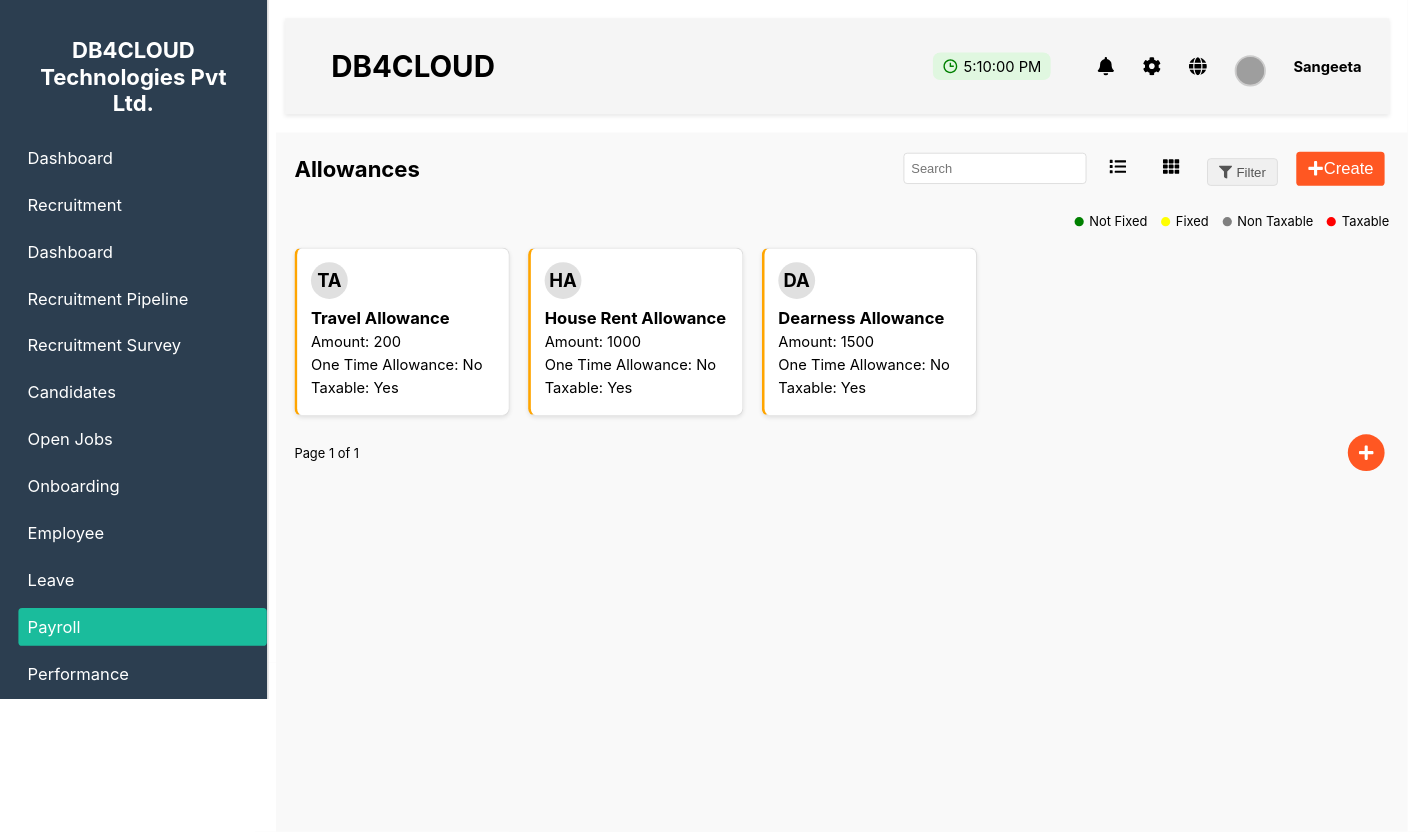
Repository: tinu-ns/Dev-code
Page: /payroll/deductions (app in HRMS-DEMO-Sang/hrms/)
An editor plug-in stored every save of this project. The page is shown before and after the next save, followed by the edit.
The browser window is 1280 px wide. The page is 1550 px wide, so the pictures cover 1550 px, including what lies to the right of the window. The pictures show the whole page, at 92% of full size.
Pictures or frames that could not be fetched are drawn as grey boxes. The project was rebuilt for these pictures with package versions that can differ from the ones it lists, and the page was loaded fresh each time. Also part of the build but not shown: HRMS-DEMO-Sang/hrms/src/components/Dashboard.js, HRMS-DEMO-Sang/hrms/src/components/Recruitment/RecruitmentDashboard.js, HRMS-DEMO-Sang/hrms/src/components/Recruitment/RecruitmentPipeline.js, HRMS-DEMO-Sang/hrms/src/components/Payroll/Allowances.js, HRMS-DEMO-Sang/hrms/src/components/Payroll/Contract.js, HRMS-DEMO-Sang/hrms/src/components/Payroll/Payslips.js, HRMS-DEMO-Sang/hrms/src/components/Payroll/PayrollDashboard.js, HRMS-DEMO-Sang/hrms/src/components/MainContent.css and 4 more.

Above is the page before, as saved 2024-11-11 14:51:33.

### HRMS-DEMO-Sang/hrms/src/components/Payroll/Deductions.js
import React, { useState,useRef, useEffect } from "react";
import {useNavigate} from 'react-router-dom'
import "./Allowances.css";
import {
  FaSearch,
  FaList,
  FaTh,
  FaFilter,
  FaPlus,
  FaEdit,
  FaTrash
} from "react-icons/fa";

const allowancesData = [
  {
    id: 1,
    code: "TA",
    name: "Travel Allowance",
    amount: 200.0,
    oneTime: "No",
    taxable: "Yes",
    fixed: false,
  },
  {
    id: 2,
    code: "HA",
    name: "House Rent Allowance",
    amount: 1000.0,
    oneTime: "No",
    taxable: "Yes",
    fixed: true,
  },
  {
    id: 3,
    code: "DA",
    name: " Dearness Allowance",
    amount: 1500.0,
    oneTime: "No",
    taxable: "Yes",
    fixed: true,
  },
  // Add more allowance data here
];

const Deductions = () => {
  const [searchTerm, setSearchTerm] = useState("");
  const [view, setView] = useState("card"); // 'card' or 'list'
  const [filteredData, setFilteredData] = useState(allowancesData);
  const [isFilterVisible, setIsFilterVisible] = useState(false);
  const [filterOptions, setFilterOptions] = useState({
    taxable: "",
    condition: "",
    base: "",
  });
  const navigate = useNavigate()

  const handleCreateAllowance = () => {
    navigate('/allowances/create');
  };



  const handleSearch = (e) => {
    const term = e.target.value;
    setSearchTerm(term);
    if (term === "") {
      setFilteredData(allowancesData);
    } else {
      const filtered = allowancesData.filter((allowance) =>
        allowance.name.toLowerCase().includes(term.toLowerCase())
      );
      setFilteredData(filtered);
    }
  };

  const handleEdit = (id) => {
    alert(`Edit allowance with ID: ${id}`);
  };

  const handleDelete = (id) => {
    alert(`Delete allowance with ID: ${id}`);
  };


  const filterRef = useRef(null);

  useEffect(() => {
    const handleClickOutside = (event) => {
      if (filterRef.current && !filterRef.current.contains(event.target)) {
        setIsFilterVisible(false);
      }
    };
    document.addEventListener("mousedown", handleClickOutside);
    return () => {
      document.removeEventListener("mousedown", handleClickOutside);
    };
  }, []);


  const toggleFilterVisibility = () => {
    setIsFilterVisible(!isFilterVisible);
  };

  const handleFilterChange = (e) => {
    const { name, value } = e.target;
    setFilterOptions((prev) => ({
      ...prev,
      [name]: value,
    }));
  };

  const applyFilter = () => {
    let filtered = allowancesData;

     // Filter based on taxable
    if (filterOptions.taxable) {
      filtered = filtered.filter((allowance) => allowance.taxable === filterOptions.taxable);
    }

    // Filter based on condition (Fixed/Non-Fixed)

    if (filterOptions.condition) {
      filtered = filtered.filter((allowance) => (filterOptions.condition === "Fixed" ? allowance.fixed : !allowance.fixed));
    }

     // Apply the filtered data
    setFilteredData(filtered);
  };

  const getActiveFilters = () => {
    let activeFilters = [];
    if (filterOptions.taxable) {
      activeFilters.push(`Taxable: ${filterOptions.taxable}`);
    }
    if (filterOptions.condition) {
      activeFilters.push(`Condition: ${filterOptions.condition}`);
    }
    if (filterOptions.base) {
      activeFilters.push(`Base: ${filterOptions.base}`);
    }
    return activeFilters;
  };

  const removeFilter = (filter) => {
    if (filter.includes("Taxable")) {
      setFilterOptions((prev) => ({ ...prev, taxable: "" }));
    } else if (filter.includes("Condition")) {
      setFilterOptions((prev) => ({ ...prev, condition: "" }));
    } else if (filter.includes("Base")) {
      setFilterOptions((prev) => ({ ...prev, base: "" }));
    }
  };


  return (
    <div className="allowances-container">
      <header className="allowances-header">
        <h2>Allowances</h2>
        <div className="controls">
          <input
            type="text"
            placeholder="Search"
            value={searchTerm}
            onChange={handleSearch}
            className="search-input"
          />
          <button
            className={`view-toggle ${view === "list" ? "active" : ""}`}
            onClick={() => setView("list")}
          >
            <FaList />
          </button>
          <button
            className={`view-toggle ${view === "card" ? "active" : ""}`}
            onClick={() => setView("card")}
          >
            <FaTh />
          </button>
          <button className="filter-btn" onClick={toggleFilterVisibility}>
            <FaFilter /> Filter
          </button>
          <button className="create-btn" onClick={handleCreateAllowance}>
            <FaPlus /> Create
          </button>
        </div>
      </header>

       {/* Display active filters as tags */}
       <div className="active-filters">
        {getActiveFilters().map((filter, index) => (
          <span key={index} className="filter-tag">
            {filter} <button onClick={() => removeFilter(filter)}>x</button>
          </span>
        ))}
      </div>

      {isFilterVisible && (
        <div className="filter-popup" ref={filterRef}>
          <div className="filter-form">
            <div className="filter-row">
              <label>Taxable</label>
              <select
                name="taxable"
                onChange={handleFilterChange}
                value={filterOptions.taxable}
              >
                <option value="">Select Taxable</option>
                <option value="Yes">Yes</option>
                <option value="No">No</option>
              </select>
            </div>
            <div className="filter-row">
              <label>Condition</label>
              <select
                name="condition"
                onChange={handleFilterChange}
                value={filterOptions.condition}
              >
                <option value="">Select Condition</option>
                <option value="Fixed">Fixed</option>
                <option value="Non-Fixed">Non-Fixed</option>
              </select>
            </div>
            <div className="filter-row">
              <label>Base</label>
              <select
                name="base"
                onChange={handleFilterChange}
                value={filterOptions.base}
              >
                <option value="">Select Base</option>
                <option value="Monthly">Monthly</option>
                <option value="Hourly">Hourly</option>
              </select>
            </div>
            <button onClick={applyFilter}>Apply Filter</button>
          </div>
        </div>
      )}



      <div className="status-indicators">
        <span className="dot not-fixed">Not Fixed</span>
        <span className="dot fixed">Fixed</span>
        <span className="dot non-taxable">Non Taxable</span>
        <span className="dot taxable">Taxable</span>
      </div>

      {view === "card" ? (
        <div className="card-view">
          {filteredData.map((allowance) => (
            <div className="allowance-card" key={allowance.id}>
              <div className="card-icon">{allowance.code}</div>
              <div className="card-content">
                <h3>{allowance.name}</h3>
                <p>Amount: {allowance.amount}</p>
                <p>One Time Allowance: {allowance.oneTime}</p>
                <p>Taxable: {allowance.taxable}</p>
              </div>
            </div>
          ))}
        </div>
      ) : (
        <div className="list-view">
           <div className="table-container">
          <table>
            <thead>
              <tr>
              <th className="sticky-column">Allowance</th>
                  <th className="scrollable-column">Specific Employees</th>
                  <th className="scrollable-column">Excluded Employees</th>
                  <th className="scrollable-column">Is Taxable</th>
                  <th className="scrollable-column">Is Condition Based</th>
                  <th className="scrollable-column">Condition</th>
                  <th className="scrollable-column">Is Fixed</th>
                  <th className="scrollable-column">Amount</th>
                  <th className="scrollable-column">Based On</th>
                  <th className="scrollable-column">Rate</th>
                  <th className="sticky-column">Action</th>
              </tr>
            </thead>
            <tbody>
              {filteredData.map((allowance) => (
                <tr key={allowance.id}>
                  <td className="sticky-column">{allowance.name}</td>
                  <td>-</td>
                  <td>-</td>
                  <td>{allowance.taxable}</td>
                  <td>No</td>
                  <td>-</td>
                  <td>{allowance.fixed ? "Yes" : "No"}</td>
                  <td>{allowance.amount}</td>
                  <td>-</td>
                  <td>-</td>
                  <td className="sticky-column">
                    <button
                      className="edit-btn"
                      onClick={() => handleEdit(allowance.id)}
                    >
                      <FaEdit />
                    </button>
                    <button
                      className="delete-btn"
                      onClick={() => handleDelete(allowance.id)}
                    >
                      <FaTrash />
                    </button>
                  </td>
                </tr>
              ))}
            </tbody>
          </table>
        </div>
        </div>
      )}

      <footer className="footer">
        <span>Page 1 of 1</span>
        <button className="add-btn">
          <FaPlus />
        </button>
      </footer>
    </div>
  );
};

export default Deductions;

### HRMS-DEMO-Sang/hrms/src/App.css
.app{
  display: flex;
  height: 100vh;
  background-color: #f4f4f4;
  width: 100vw;
  padding-left: 250px;
}

.content-container{
  flex-grow: 1;
  padding: 20px;
  background-color: #fff;        /**/
  display: flex;
  flex-direction: column;
  width: calc(100% - 250px); /* Adjust width to account for sidebar */
}

.main-section{
  display: flex;
  justify-content: space-between;
  padding: 20px;
  width: 100%;
  height: 100%;
  flex-grow: 1;

}


.sidebar {
  width: 250px;
  background-color: #2c3e50;
  position: fixed;
  height: 100vh;
  flex-shrink: 0;
  position: fixed;
  left: 0;
  top: 0;
}

### HRMS-DEMO-Sang/hrms/src/components/Sidebar.css
 .container{
    display: flex;
    height: 100vh;
    margin-right: 10px;
}

/*
.content{
    flex-grow: 1;
    padding: 20px;
    padding-left: 50px;

}  */

.sidebar {
    width: 200px;
    height: 100vh;
    background-color: #503f2c;
    padding: 20px;
    color: white;
    height: 100vh;
    position: fixed;
    top: 0;
    left: 0;
    border-right: 2px solid #ddd;
    overflow-y: auto;        /* Allows vertical scrolling */
    margin-right: 200px;
    z-index: 1000;

  }



  .sidebar h2{
    text-align: center;
    margin-bottom: 30px;
    font-size: 24px;
  }

  .sidebar-list{
    list-style-type: none;
    padding: 0;
  }


  .sidebar-list li{
    margin-bottom: 15px;
  }

  .sidebar-list li a {
    color: white;
    text-decoration: none;
    font-size: 18px;
    padding: 10px;
    border-radius: 4px;
    display: block;
  }

  .sidebar-list li a:hover{
    color: #1abc9c;
  }

  .sidebar-list li a.active{
    background-color: #1abc9c;
    color: white;
  }

  .sidebar {
    width: 250px;
    background-color: #2E3A46;
    color: #FFF;
    padding: 20px;
    height: 100vh;
  }

  .sidebar h2 {
    font-size: 1.5em;
    margin-bottom: 1em;
  }

  .sidebar ul {
    list-style: none;
    padding: 0;
  }

  .sidebar li {
    margin: 10px 0;
  }

  .sidebar li ul {
    margin-top: 5px;
  }

  .sidebar a {
    color: #FFF;
    text-decoration: none;
  }

  .sidebar a:hover {
    text-decoration: underline;
  }

  .sidebar a.active {
    color: #20c997;
  }

  .sidebar ul li a:hover, .menu-toggle:hover {
    background-color: #34495e;
  }

  .menu-toggle {
    background: none;
    border: none;
    color: #ecf0f1;
    font-size: 1rem;
    text-align: left;
    cursor: pointer;
    width: 100%;
    padding: 10px;
  }

  .submenu {
    list-style-type: none;
    padding-left: 20px;
  }

  .submenu li a {
    padding-left: 20px;
    font-size: 0.9rem;
  }

### HRMS-DEMO-Sang/hrms/src/components/Recruitment/RecruitmentPipeline.css
.pipeline-container {
    padding: 20px;
    background-color: #f5f5f5;
    border-radius: 8px;
  }

  .pipeline-section {
    margin-top: 20px;
  }

  .pipeline-section h3 {
    background-color: #f8f9fa;
    padding: 10px;
    border-left: 5px solid #ffa500;
  }

  .recruitment-table {
    width: 100%;
    border-collapse: collapse;
  }

  .recruitment-table th,
  .recruitment-table td {
    padding: 10px;
    border-bottom: 1px solid #ddd;
    text-align: left;
  }

  .recruitment-table th {
    background-color: #f1f1f1;
  }

  button {
    padding: 5px 10px;
    margin: 0 5px;
    border: none;
    border-radius: 4px;
    cursor: pointer;
  }

  button:hover {
    background-color: #ddd;
  }

### HRMS-DEMO-Sang/hrms/src/components/Header.css
.bg-container{
  padding-left: 30px;

}

.header {
    background-color: #f5f5f5;
    padding: 10px 20px;
    display: flex;
    justify-content: space-between;
    align-items: center;
    box-shadow: 0px 2px 5px rgba(0, 0, 0, 0.1);
  }

  .header-left {
    display: flex;
    align-items: center;
  }

  .menu-button {
    font-size: 24px;
    background: none;
    border: none;
    cursor: pointer;
  }

  .h1{
    margin-left: 15px;
    font-size: 24px;
    color: red! important ;
  }

  .header-right{
    display: flex;
    align-items: center;
  }

  .icon{
    margin-left: 20px;
    font-size: 20px;
    cursor: pointer;
  }

  .time-box {
    display: flex;
    align-items: center;
    background-color: #e0f7e0;
    padding: 5px 10px;
    border-radius: 8px;
    margin-right: 20px;
  }

  .time-icon {
    margin-right: 5px;
    font-size: 18px;
    color: green;
  }

  .user-profile{
    display: flex;
    align-items: center;
    cursor: pointer;
    position: relative;
  }

  .user-avatar{
    padding: 20px;
  }

  .avatar{
    width: 40px;
    height: 40px;
    background-color: #d4d4d4;
    border-radius: 50%;
    display: flex;
    justify-content: center;
    align-items: center;
    font-size: 18px;
    color: white;
    margin-right: 10px;

  }

  .user-name{
    font-weight: bold;
  }

  .dropdown{
    position: absolute;
    top: 50px;
    right: 0;
    background-color: #fff;
    box-shadow: 0px 2px 8px rgba(0, 0, 0, 0.1);
    border-radius: 5px;
    z-index: 100;
  }

  .dropdown ul {
    list-style-type: none;
    padding: 10px;
    margin: 0;
  }

  .dropdown ul li {
    padding: 10px 15px;
    cursor: pointer;
  }

  .dropdown ul li:hover {
    background-color: #f5f5f5;
  }

  .user-info {
    display: flex;
    align-items: center;
  }

  .user-name {
    margin-right: 10px;
  }

### HRMS-DEMO-Sang/hrms/src/components/Payroll/CreateAllowance.css

.main-container{
    border: 1.5px solid rgb(246, 235, 235);
    padding: 20px;
    max-width: 700px;
    margin: 40px auto;
    background-color: #ffffff;
    box-shadow: 0 4px 10px rgba(0, 0, 0, 0.1);
    border-radius: 8px;
    height: 130vh;
  }

.create-allowance-container {
    padding: 30px;
    max-width: 700px;
    margin: 40px auto;
    background-color: #ffffff;
    border-radius: 8px;
    border: 1.5px solid rgb(216, 212, 212);

  }


  .create-allowance-container h2 {
    text-align: start;
    color: #333;
    font-size: 1.8rem;
    margin-bottom: 20px;

  }

  .create-allowance-container hr{
    margin-bottom: 30px;
  }

  .form-row {
    display: flex;
    justify-content: space-between;
    gap: 20px;
    margin-bottom: 20px;
  }

  .form-group {
    flex: 1;
  }

  .form-group.half-width {
    flex: 0.5;
  }

  .form-group label {
    display: flex;
    align-items: center;
    font-weight: 600;
    color: black;
    margin-bottom: 5px;
    font-size: 15px;
  }

  .form-group label span {
    color: #ff4d4d;
    margin-left: 4px;
  }

  .info-icon {
    margin-left: 5px;
    color: #888;
    cursor: help;
    font-size: 0.85rem;
  }

  input[type="text"],
  input[type="date"],
  input[type="number"],
  select {
    width: 100%;
    padding: 8px;
    border: 1px solid #ddd;
    border-radius: 4px;
    font-size: 1rem;
    font-size: 14px;
    color: rgb(199, 108, 137);

  }

  .filter-btn {
    background-color: #f0f0f0;
    color: #555;
    padding: 6px 12px;
    border: 1px solid #ddd;
    border-radius: 4px;
    font-size: 0.9rem;
    cursor: pointer;
    margin-top: 8px;
  }

  .filter-icons {
    display: flex;
    gap: 5px;
    margin-top: 8px;
    justify-content: end;
    padding: 6px;
  }

  .small-filter-icon {
    font-size: 1.2rem;
    color: orangered;
    text-align: end;
  }

  .filter-span{
    color: orangered;
  }

  /* Toggle Switch */
  .toggle-switch {
    position: relative;
    display: inline-block;
    width: 40px;
    height: 20px;
    margin-top: 8px;
  }

  .toggle-switch input {
    opacity: 0;
    width: 0;
    height: 0;
  }

  .slider {
    position: absolute;
    cursor: pointer;
    top: 0;
    left: 0;
    right: 0;
    bottom: 0;
    background-color: rgb(219, 198, 198);
    transition: 0.4s;
    border-radius: 20px;
  }

  .slider:before {
    position: absolute;
    content: "";
    height: 16px;
    width: 16px;
    left: 2px;
    bottom: 2px;
    background-color: white;
    transition: 0.4s;
    border-radius: 50%;
  }

  input:checked + .slider {
    background-color: orangered;
  }

  input:checked + .slider:before {
    transform: translateX(15px);
  }

  .condition-options{
    font-size: 12px;
    color: rgb(151, 146, 146);
  }

  /* Multi-select box and tag styles */
.multi-select-box {
    display: flex;
    flex-wrap: wrap;
    align-items: center;
    gap: 5px;
    border: 1px solid #ddd;
    padding: 5px;
    border-radius: 4px;
    background-color: #f9f9f9;
  }

  .tag {
    display: flex;
    align-items: center;
    background-color: #a8b4c0;
    color: #ffffff;
    border-radius: 12px;
    padding: 5px 10px;
    font-size: 0.9rem;
    margin: 3px;
  }

  .remove-tag {
    margin-left: 8px;
    cursor: pointer;
    font-weight: bold;
    font-size: 1.1rem;
  }

  /* Avatar styling for selected employee */
.avatar-container{
    display: flex;
  }
.avatar {
    margin-top: 10px;
    display: flex;
    justify-content: center;
    align-items: center;
    width: 30px;
    height: 30px;
    background-color: #b5b0b0;
    border-radius: 50%;
    font-size: 13px;
    font-weight: bold;
    color: #ffffff;
    text-transform: uppercase;
    border: 2px solid #ccc;
  }

  .avatar-text {
    text-align: center;
    line-height: 40px; /* Centers text vertically */
  }

  /* Modal Styling */
.modal {
    position: fixed;
    top: 0;
    left: 0;
    right: 0;
    bottom: 0;
    background: rgba(0, 0, 0, 0.5);
    display: flex;
    align-items: center;
    justify-content: center;
    z-index: 1000;
  }

  .modal-content {
    background: white;
    width: 500px;
    padding: 20px;
    border-radius: 8px;
    position: relative;
  }

  .close-modal {
    position: absolute;
    top: 10px;
    right: 10px;
    background: transparent;
    border: none;
    font-size: 1.5em;
    cursor: pointer;
  }

  .search-bar {
    width: 100%;
    padding: 10px;
    margin-bottom: 15px;
    border: 1px solid #ddd;
    border-radius: 5px;
  }

  .employee-list {
    max-height: 200px;
    overflow-y: auto;
    padding: 5px;
  }

  .employee-item {
    display: flex;
    align-items: center;
    justify-content: space-between;
    padding: 8px;
    border-bottom: 1px solid #eee;
  }

  .employee-item .avatar {
    width: 30px;
    height: 30px;
    background-color: #007bff;
    color: white;
    display: flex;
    align-items: center;
    justify-content: center;
    border-radius: 50%;
    margin-right: 10px;
  }

  .add-employee {
    background-color: #28a745;
    color: white;
    border: none;
    padding: 5px 10px;
    border-radius: 5px;
    cursor: pointer;
  }

  .add-employee:hover {
    background-color: #218838;
  }

  .save-btn-container {
    display: flex;
    justify-content: flex-end;
    align-items: center;
    flex: 0.5;
  }

  .save-btn {
    padding: 12px 20px;
    background-color: #007bff;
    color: #ffffff;
    border: none;
    border-radius: 4px;
    font-size: 1.2rem;
    font-weight: bold;
    cursor: pointer;
    transition: background-color 0.3s;
  }

  .save-btn:hover {
    background-color: #0056b3;
  }

  @media (max-width: 600px) {
    .form-row {
      flex-direction: column;
    }
  }

Loaded but not shown: HRMS-DEMO-Sang/hrms/public/index.html (common file); HRMS-DEMO-Sang/hrms/src/index.js (common file); HRMS-DEMO-Sang/hrms/src/index.css (common file); HRMS-DEMO-Sang/hrms/src/reportWebVitals.js (common file); HRMS-DEMO-Sang/hrms/src/components/Sidebar.js (102 lines, source omitted); HRMS-DEMO-Sang/hrms/src/components/Header.js (91 lines, source omitted); HRMS-DEMO-Sang/hrms/src/App.js (55 lines, source omitted); HRMS-DEMO-Sang/hrms/src/components/Payroll/PayrollDashboard.css (359 lines, source omitted); HRMS-DEMO-Sang/hrms/src/components/Payroll/Allowances.css (356 lines, source omitted); HRMS-DEMO-Sang/hrms/src/components/Payroll/Contract.css (341 lines, source omitted)

After the next save:
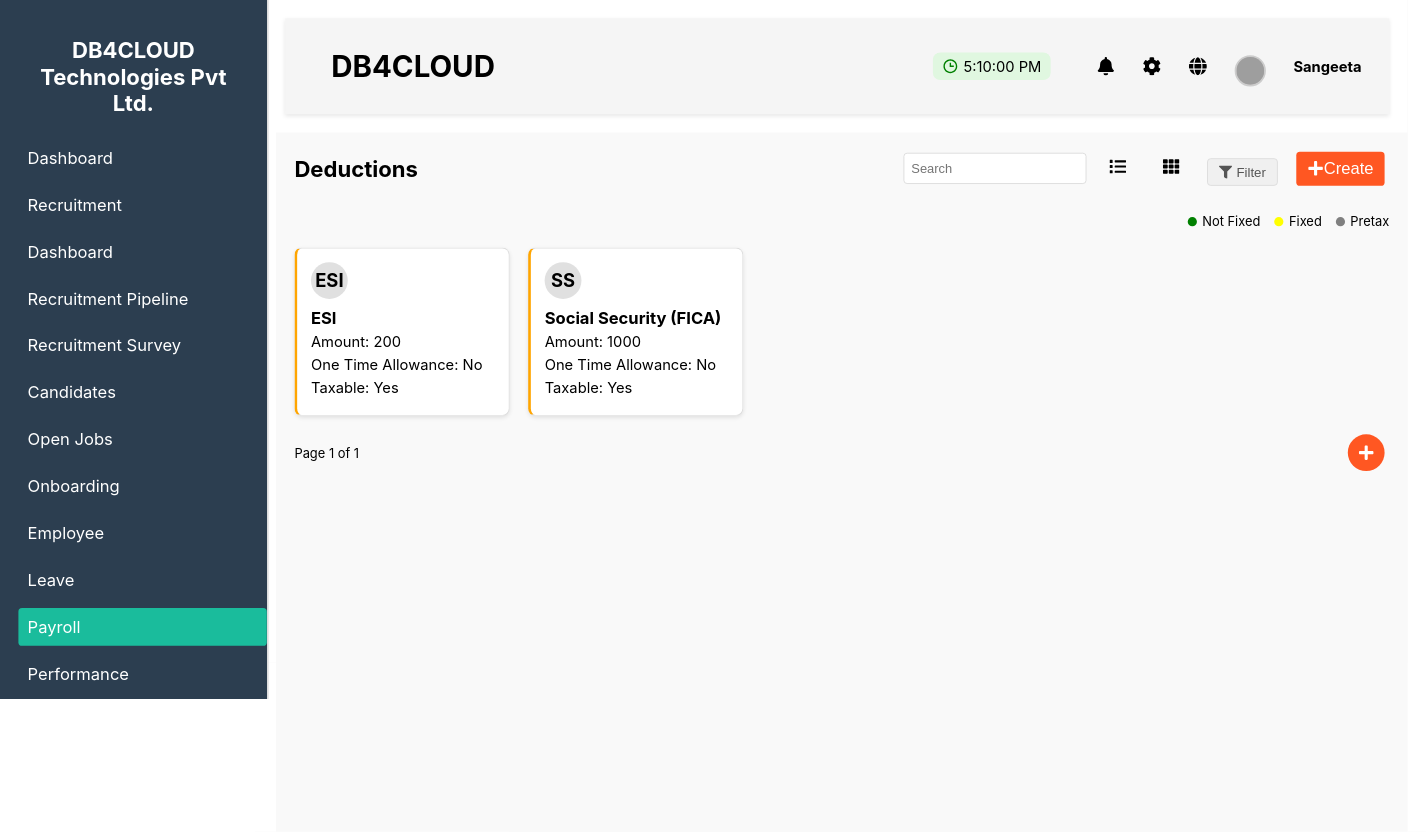
Saved 8 min 37 s later.
--- a/HRMS-DEMO-Sang/hrms/src/components/Payroll/Deductions.js
+++ b/HRMS-DEMO-Sang/hrms/src/components/Payroll/Deductions.js
@@ -14,8 +14,8 @@
 const allowancesData = [
   {
     id: 1,
-    code: "TA",
-    name: "Travel Allowance",
+    code: "ESI",
+    name: "ESI",
     amount: 200.0,
     oneTime: "No",
     taxable: "Yes",
@@ -23,22 +23,14 @@
   },
   {
     id: 2,
-    code: "HA",
-    name: "House Rent Allowance",
+    code: "SS",
+    name: "Social Security (FICA)",
     amount: 1000.0,
     oneTime: "No",
     taxable: "Yes",
     fixed: true,
   },
-  {
-    id: 3,
-    code: "DA",
-    name: " Dearness Allowance",
-    amount: 1500.0,
-    oneTime: "No",
-    taxable: "Yes",
-    fixed: true,
-  },
+
   // Add more allowance data here
 ];
 
@@ -155,7 +147,7 @@
   return (
     <div className="allowances-container">
       <header className="allowances-header">
-        <h2>Allowances</h2>
+        <h2>Deductions</h2>
         <div className="controls">
           <input
             type="text"
@@ -243,8 +235,7 @@
       <div className="status-indicators">
         <span className="dot not-fixed">Not Fixed</span>
         <span className="dot fixed">Fixed</span>
-        <span className="dot non-taxable">Non Taxable</span>
-        <span className="dot taxable">Taxable</span>
+        <span className="dot non-taxable">Pretax</span>
       </div>
 
       {view === "card" ? (
